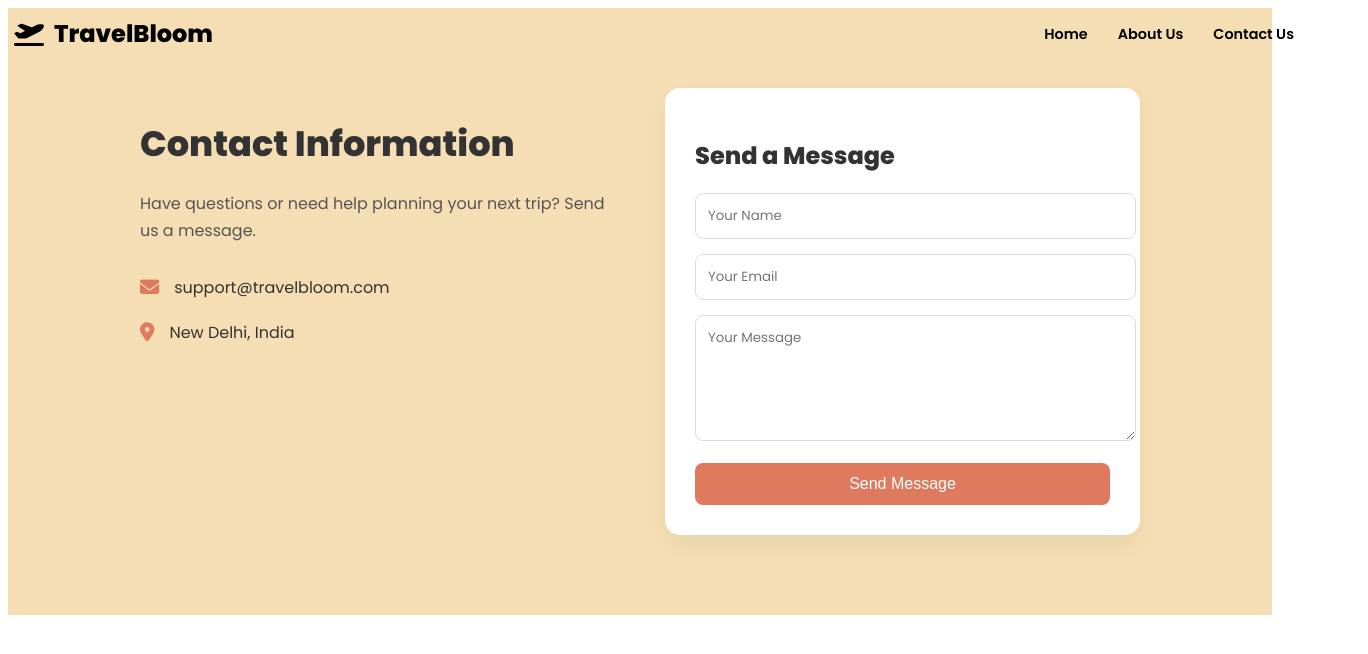
Repository: LatikaAdhikari064/TravelBloom_Project
Page: contact.html
An editor plug-in stored every save of this project. The page is shown before and after the next save, followed by the edit.
The browser window is 1280 px wide. The page is 1300 px wide, then 1368 px, so the pictures cover 1368 px, including what lies to the right of the window. The pictures show the whole page.

Above is the page before, as saved 2026-01-08 20:49:08.

### contact.html
<!DOCTYPE html>
<html lang="en">
<head>
    <meta charset="UTF-8">
    <meta name="viewport" content="width=device-width, initial-scale=1.0">
    <title>Contact Us - TravelBloom</title>

    <!-- Fonts & Icons -->
    <link href="https://fonts.googleapis.com/css2?family=Poppins:wght@300;400;600;800&display=swap" rel="stylesheet">
    <link rel="stylesheet" href="https://cdnjs.cloudflare.com/ajax/libs/font-awesome/6.4.0/css/all.min.css">

    <!-- CSS -->
    <link rel="stylesheet" href="contact.css">
</head>
<body>

    <nav class="navbar">
        <div class="logo">
            <i class="fas fa-plane-departure"></i> TravelBloom
        </div>
        <ul class="nav-links">
            <li><a href="/">Home</a></li>
            <li><a href="about.html">About Us</a></li>
            <li><a href="contact.html">Contact Us</a></li>
        </ul>
    </nav>
    <!-- CONTACT SECTION -->
    <section class="contact-section">
        <div class="contact-container">

            <!-- INFO -->
            <div class="contact-info">
                <h2>Contact Information</h2>
                <p>Have questions or need help planning your next trip? Send us a message.</p>

                <div class="info-item">
                    <i class="fas fa-envelope"></i>
                    <span>support@travelbloom.com</span>
                </div>

                <div class="info-item">
                    <i class="fas fa-map-marker-alt"></i>
                    <span>New Delhi, India</span>
                </div>
            </div>

            <!-- FORM -->
            <form class="contact-form">
                <h2>Send a Message</h2>

                <input type="text" placeholder="Your Name" required>
                <input type="email" placeholder="Your Email" required>
                <textarea placeholder="Your Message" rows="5" required></textarea>

                <button type="submit">Send Message</button>
            </form>

        </div>
    </section>

</body>
</html>

### contact.css
/* --- CONTACT PAGE STYLES --- */

body {
    font-family: 'Poppins', sans-serif;
}
/* --- Navigation Bar --- */
.navbar {
    position: absolute; /* Sits transparently over the hero image */
    top: 0;
    width: 100%;
    display: flex;
    justify-content: space-between;
    align-items: center;
    padding: 5px 6px;
    z-index: 100; /* Ensures nav is above everything */
    color: rgb(2, 2, 2);
}

.logo {
    font-size: 1.5rem;
    font-weight: 800;
    display: flex;
    align-items: center;
    gap: 10px;
}

.nav-links {
    list-style: none;
    display: flex;
    gap: 30px;
}

.nav-links a {
    text-decoration: none;
    color: rgb(2, 2, 2);
    font-weight: 600;
    font-size: 0.9rem;
    transition: color 0.3s ease;
}

.nav-links a:hover {
    color: #E07A5F; /* Coral accent color */
}

.contact-hero h1 {
    font-size: 3rem;
    font-weight: 800;
}

.contact-hero p {
    font-size: 1.1rem;
    opacity: 0.9;
}

/* SECTION */
.contact-section {
    padding: 80px 20px;
    background:wheat;
}

.contact-container {
    max-width: 1000px;
    margin: auto;
    display: grid;
    grid-template-columns: 1fr 1fr;
    gap: 50px;
}

/* INFO */
.contact-info h2 {
    font-size: 2.2rem;
    margin-bottom: 20px;
    color: #333;
}

.contact-info p {
    color: #555;
    margin-bottom: 30px;
    line-height: 1.7;
}

.info-item {
    display: flex;
    align-items: center;
    gap: 15px;
    margin-bottom: 20px;
    color: #333;
}

.info-item i {
    color: #E07A5F;
    font-size: 1.2rem;
}

/* FORM */
.contact-form {
    background: white;
    padding: 30px;
    border-radius: 15px;
    box-shadow: 0 10px 25px rgba(0,0,0,0.05);
}

.contact-form h2 {
    margin-bottom: 20px;
    color: #333;
}

.contact-form input,
.contact-form textarea {
    width: 100%;
    padding: 12px;
    margin-bottom: 15px;
    border-radius: 8px;
    border: 1px solid #ddd;
    font-family: inherit;
}

.contact-form input:focus,
.contact-form textarea:focus {
    outline: none;
    border-color: #E07A5F;
}

.contact-form button {
    width: 100%;
    padding: 12px;
    background: #E07A5F;
    border: none;
    color: white;
    font-size: 1rem;
    border-radius: 8px;
    cursor: pointer;
    transition: background 0.3s;
}

.contact-form button:hover {
    background: #cf6a52;
}

/* RESPONSIVE */
@media (max-width: 768px) {
    .contact-container {
        grid-template-columns: 1fr;
    }

    .contact-hero h1 {
        font-size: 2.2rem;
    }
}

After the next save:
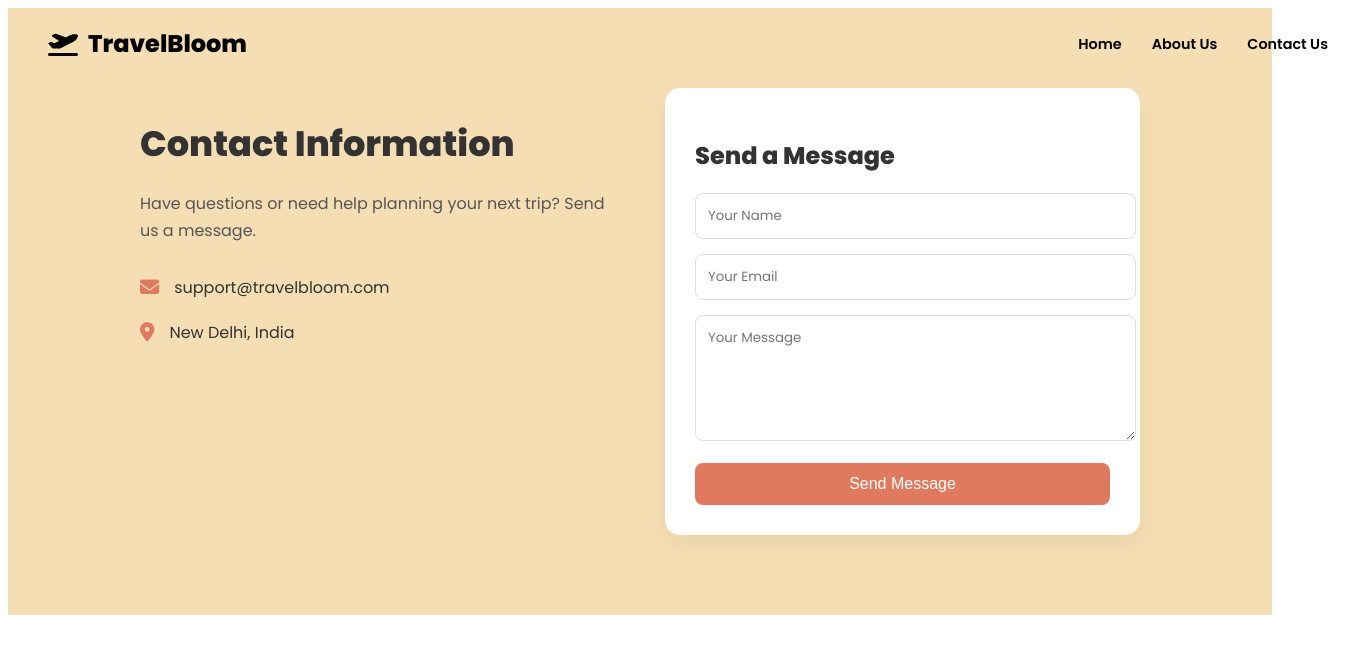
Saved 55 s later.
--- a/contact.css
+++ b/contact.css
@@ -11,7 +11,7 @@ body {
     display: flex;
     justify-content: space-between;
     align-items: center;
-    padding: 5px 6px;
+    padding: 15px 40px;
     z-index: 100; /* Ensures nav is above everything */
     color: rgb(2, 2, 2);
 }
